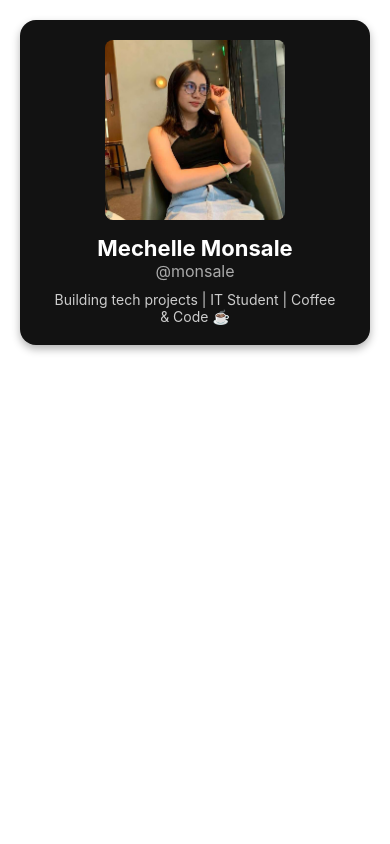
Repository: chelloraine/ProfileCard
Screen: /
These files come from the project's save history. The screen is drawn as it stood at one moment and after a run of saves; the edit follows.
The app was drawn by React Native's web renderer in a window 390 px wide. The project was rebuilt for these pictures with package versions that can differ from the ones it lists, and the page was loaded fresh each time.

Above is the screen before, as saved 2025-08-31 23:15:18.

### App.tsx
import React from "react";
import { SafeAreaView } from "react-native";
import ProfileCard from "./profileCard";

export default function App() {
  return (
    <SafeAreaView>
      <ProfileCard />
    </SafeAreaView>
  );
}

### profileCard.js
import React from "react";
import { View, Text, StyleSheet, Image } from "react-native";

export default function ProfileCard() {
  return (
    <View style={styles.card}>
      {/* Square image like Spotify cover */}
      <Image
        source={require("./assets/profile.jpg")} // 👈 replace with your own image
        style={styles.squareImage}
      />
      <View style={styles.info}>
        <Text style={styles.name}>Mechelle Monsale</Text>
        <Text style={styles.username}>@monsale</Text>
        <Text style={styles.bio}>
          Building tech projects | IT Student | Coffee & Code ☕
        </Text>
      </View>
    </View>
  );
}

const styles = StyleSheet.create({
  card: {
    backgroundColor: "#121212", // Spotify dark theme
    borderRadius: 16,
    padding: 20,
    margin: 20,
    alignItems: "center",
    shadowColor: "#000",
    shadowOpacity: 0.3,
    shadowRadius: 8,
    shadowOffset: { width: 0, height: 4 },
  },
  squareImage: {
    width: 180,   // make it big like album cover
    height: 180,  // square (equal width & height)
    borderRadius: 8, // slight rounding like Spotify
    marginBottom: 15,
  },
  info: {
    alignItems: "center",
  },
  name: {
    fontSize: 22,
    fontWeight: "bold",
    color: "#fff",
  },
  username: {
    fontSize: 16,
    color: "#aaa",
    marginBottom: 10,
  },
  bio: {
    fontSize: 14,
    color: "#ccc",
    textAlign: "center",
    paddingHorizontal: 10,
  },
});

After the next 3 saves:
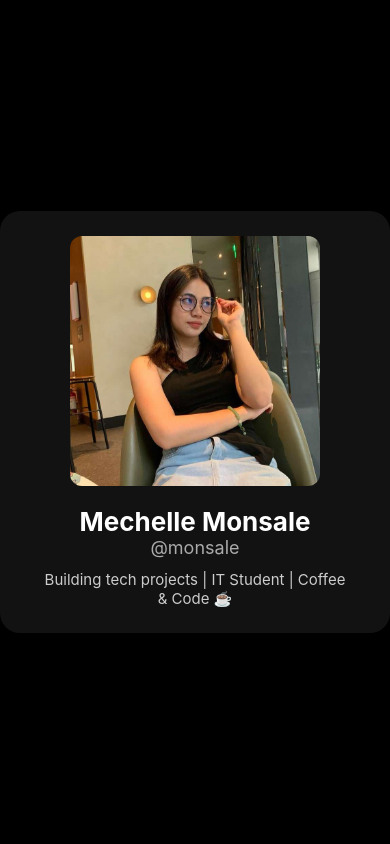
The 3 saves are shown as one change because 2 did not build or start.
The last was saved 97 s later.
--- a/App.tsx
+++ b/App.tsx
@@ -1,11 +1,20 @@
 import React from "react";
-import { SafeAreaView } from "react-native";
-import ProfileCard from "./profileCard";
+import { SafeAreaView, StyleSheet } from "react-native";
+import ProfileCard from "./ProfileCard";
 
 export default function App() {
   return (
-    <SafeAreaView>
+    <SafeAreaView style={styles.container}>
       <ProfileCard />
     </SafeAreaView>
   );
 }
+
+const styles = StyleSheet.create({
+  container: {
+    flex: 1,
+    backgroundColor: "#000", // dark Spotify vibe
+    justifyContent: "center", // center vertically
+    alignItems: "center",     // center horizontally
+  },
+});
--- a/profileCard.js
+++ b/profileCard.js
@@ -4,9 +4,9 @@ import { View, Text, StyleSheet, Image } from "react-native";
 export default function ProfileCard() {
   return (
     <View style={styles.card}>
-      {/* Square image like Spotify cover */}
+      {/* Bigger square image like Spotify album */}
       <Image
-        source={require("./assets/profile.jpg")} // 👈 replace with your own image
+        source={require("./assets/profile.jpg")} // replace with your image
         style={styles.squareImage}
       />
       <View style={styles.info}>
@@ -22,39 +22,38 @@ export default function ProfileCard() {
 
 const styles = StyleSheet.create({
   card: {
-    backgroundColor: "#121212", // Spotify dark theme
-    borderRadius: 16,
-    padding: 20,
-    margin: 20,
+    backgroundColor: "#121212",
+    borderRadius: 20,
+    padding: 25,
     alignItems: "center",
     shadowColor: "#000",
-    shadowOpacity: 0.3,
-    shadowRadius: 8,
-    shadowOffset: { width: 0, height: 4 },
+    shadowOpacity: 0.5,
+    shadowRadius: 12,
+    shadowOffset: { width: 0, height: 6 },
   },
   squareImage: {
-    width: 180,   // make it big like album cover
-    height: 180,  // square (equal width & height)
-    borderRadius: 8, // slight rounding like Spotify
-    marginBottom: 15,
+    width: 250,   // 🔥 bigger image
+    height: 250,  // keep square
+    borderRadius: 12,
+    marginBottom: 20,
   },
   info: {
     alignItems: "center",
   },
   name: {
-    fontSize: 22,
+    fontSize: 26,
     fontWeight: "bold",
     color: "#fff",
   },
   username: {
-    fontSize: 16,
+    fontSize: 18,
     color: "#aaa",
-    marginBottom: 10,
+    marginBottom: 12,
   },
   bio: {
-    fontSize: 14,
+    fontSize: 15,
     color: "#ccc",
     textAlign: "center",
-    paddingHorizontal: 10,
+    paddingHorizontal: 15,
   },
 });
